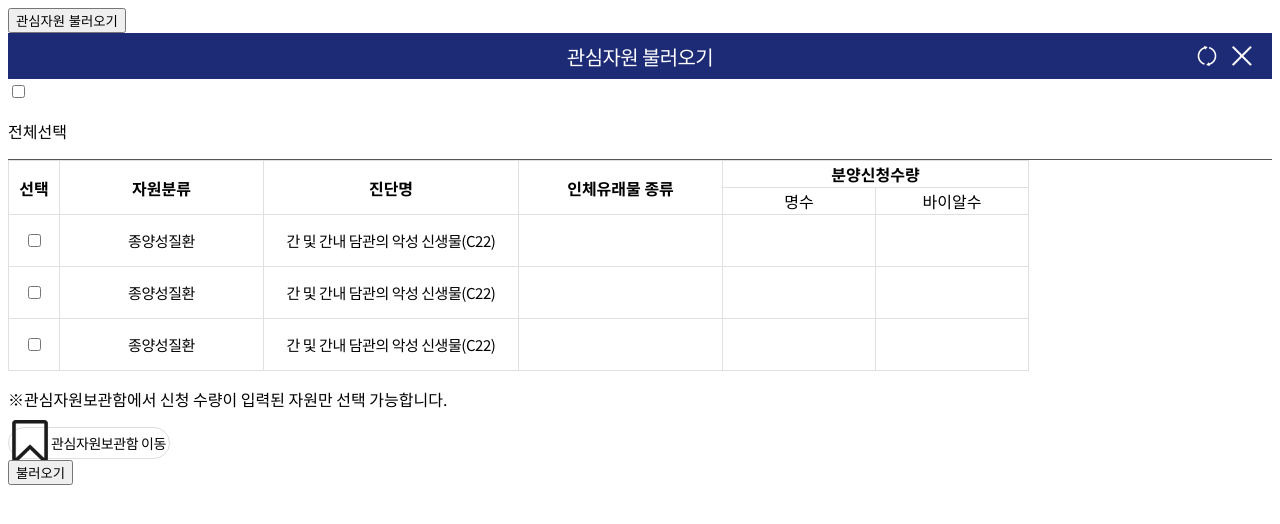
Repository: dlgywls1130/one_popup
Page: index.html
These files come from the project's save history. The page is drawn as it stood at one moment and after the next save; the edit follows.
The browser window is 1280 px wide. The pictures show the whole page.
Some web fonts or font styles are not loaded; a fallback is used.

Above is the page before, as saved 2023-10-25 22:14:42.

### index.html
<!DOCTYPE html>
<html lang="en">
<head>
    <meta charset="UTF-8">
    <meta name="viewport" content="width=device-width, initial-scale=1.0">
    <title>관심자원</title>

    <link rel="stylesheet" href="./style.css">

</head>
<body>
    <button type="button">관심자원 불러오기</button>

    <div class="modal_new">
        <div class="modal_head">
            <div class="modal_title">관심자원 불러오기</div>
            <div class="modal_right">
                <div class="refresh">
                    <img src="./img/reload.png">
                </div>
                <div class="close">
                    <img src="./img/close.png">
                </div>
            </div>
        </div>
        <div class="modal_body">
            <div class="all_check">
                <label>
                    <input type="checkbox">
                    <p>전체선택</p>
                </label>
            </div>

            <div class="body_all_list">
                <table class="list_table_wrap">
                    <tr class="table_head">
                        <th rowspan='2'>선택</th>
                        <th rowspan='2'>자원분류</th>
                        <th rowspan='2'>진단명</th>
                        <th rowspan='2'>인체유래물 종류</th>
                        <th colspan='2'>분양신청수량</th>
                    </tr>
                    <tr class="table_head">
                        <td class="column_sum">명수</td>
                        <td class="column_sum">바이알수</td>
                    </tr>
                    <tr class="table_body_content">
                        <td><input type="checkbox" name="choice"></td>
                        <td>종양성질환</td>
                        <td>간 및 간내 담관의 악성 신생물(C22)</td>
                        <td></td>
                        <td></td>
                        <td></td>
                    </tr>
                    <tr  class="table_body_content">
                        <td><input type="checkbox" name="choice"></td>
                        <td>종양성질환</td>
                        <td>간 및 간내 담관의 악성 신생물(C22)</td>
                        <td></td>
                        <td></td>
                        <td></td>
                    </tr>
                    <tr  class="table_body_content">
                        <td><input type="checkbox" name="choice"></td>
                        <td>종양성질환</td>
                        <td>간 및 간내 담관의 악성 신생물(C22)</td>
                        <td></td>
                        <td></td>
                        <td></td>
                    </tr>
                </table>
            </div>


            <p>※관심자원보관함에서 신청 수량이 입력된 자원만 선택 가능합니다.</p>
            <div class="bookmark_link">
                <div class="bookmark_img"><img src="./img/bookmark.png"></div>
                <p>관심자원보관함 이동</p>
            </div>

            <div class="button_import">
                <button type="button">불러오기</button>
            </div>
        </div>
    </div>
</body>
</html>

### style.css


@import url('https://fonts.googleapis.com/css2?family=Noto+Sans+KR:wght@300;400;500;600;700&display=swap');

@import url('https://cdn.jsdelivr.net/gh/orioncactus/pretendard/dist/web/static/pretendard.css');




  .modal_new{
    font-family: 'Noto Sans KR', sans-serif;
  }

.modal_head{
    width: 100%;
    height: 46px;
    display: flex;
    align-items: center;
    justify-content: center;
    background-color: #1D2A75;
    position: relative;
}

.modal_title{
    font-size: 20px;
    letter-spacing: -0.03em;
    color: #fff;
    font-weight: 500;
}

.modal_right{
    position: absolute;
    top: 50%;
    right: 20px;
    transform: translate(0,-50%);
    display: flex;
    align-items: center;
}

.modal_right .refresh{
    margin-right: 15px;
}
.modal_right .refresh,
.modal_right .close{
    width: 20px;
    height: 20px;
}

.modal_right .refresh img,
.modal_right .close img{
    width: 100%;
    height: 100%;
}

.body_all_list{
    border-top: 1px solid #565656;
}

.list_table_wrap,
.list_table_wrap th,
.list_table_wrap td{
    border: 1px solid #E0E0E0;
    border-collapse: collapse;
}

.list_table_wrap tr th:nth-child(1),
.list_table_wrap tr td:nth-child(1){
    width: 5%;
}

.list_table_wrap tr th:nth-child(2),
.list_table_wrap tr td:nth-child(2){
    width: 20%;
}

.list_table_wrap tr th:nth-child(3),
.list_table_wrap tr td:nth-child(3){
    width: 25%;
}

.list_table_wrap tr th:nth-child(4),
.list_table_wrap tr td:nth-child(4){
    width: 20%;
}

.list_table_wrap tr th:nth-child(5),
.list_table_wrap tr td:nth-child(5){
    width: 15%;
}

.list_table_wrap tr th:nth-child(6),
.list_table_wrap tr td:nth-child(6){
    width: 15%;
}

.list_table_wrap .table_head{
    font-weight: 500;
    font-size: 16px;
    font-family: Pretendard,'Noto Sans KR', sans-serif;
    text-align: center;
}


.table_body_content td{
    font-weight: 400;
    font-size: 15px;
    letter-spacing: -0.03em;
    text-align: center;
    padding:15px;
    box-sizing: border-box;
}

.column_sum{

}

.bookmark_link{
    width: 160px;
    height: 30px;
    display: flex;
    align-items: center;
    border: 1px solid #DDDDDD;
    border-radius: 44px;
}

.bookmark_link p{
    font-size: 14px;
    font-weight: 400;
    letter-spacing: -0.03em;

}

After the next save:
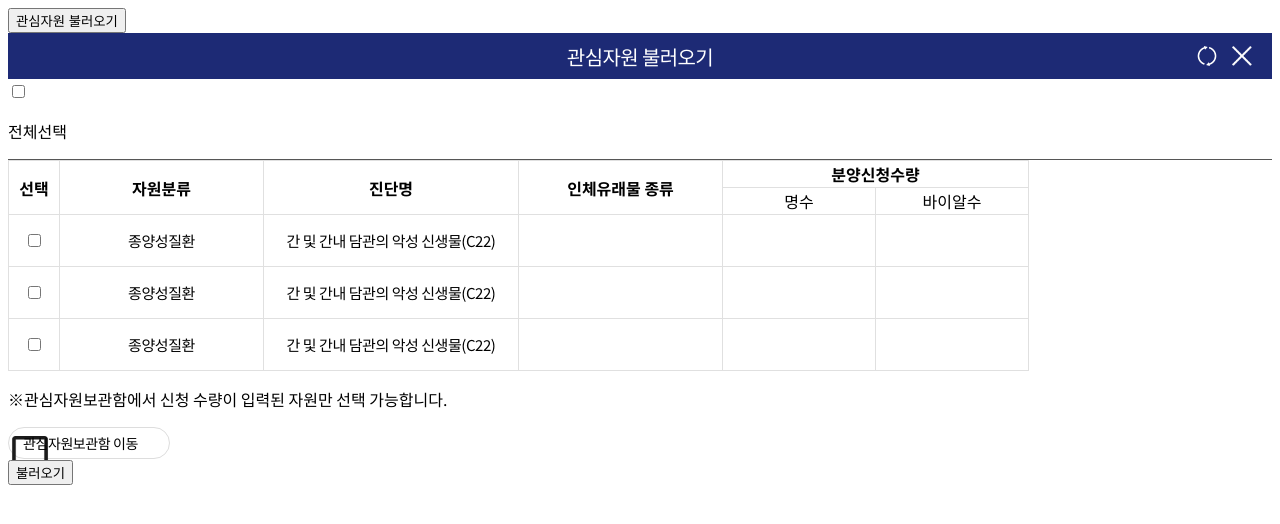
Saved 31 s later.
--- a/style.css
+++ b/style.css
@@ -129,3 +129,8 @@
     letter-spacing: -0.03em;
 
 }
+
+.bookmark_link .bookmark_img{
+width: 14px;
+height: 14px;
+}
